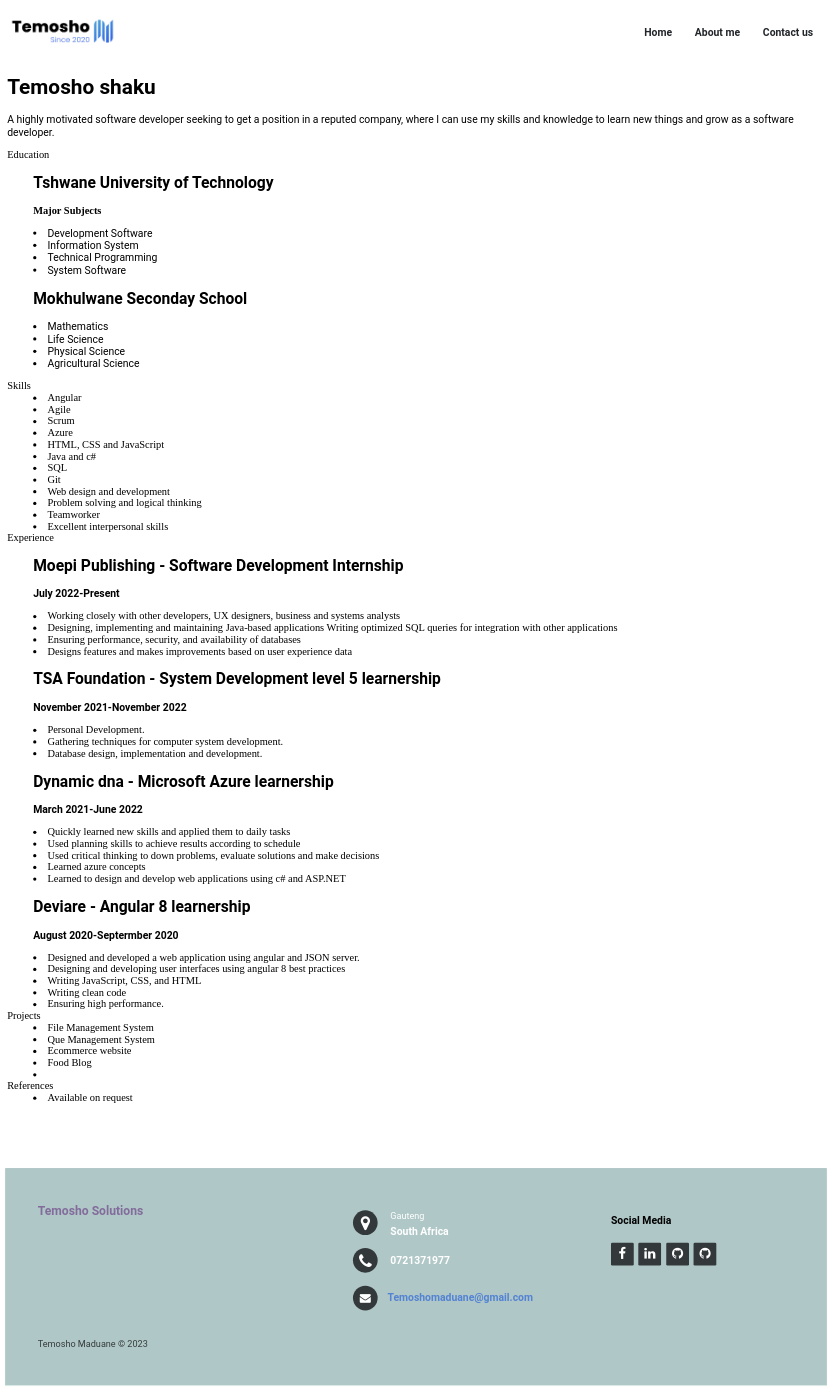
Repository: TemoshoS/T-Shaku
Page: about.html
These files come from the project's save history. The page is drawn as it stood at one moment and after the next save; the edit follows.
The browser window is 1280 px wide. The pictures show the whole page, at 65% of full size.
Pictures or frames that could not be fetched are drawn as grey boxes. Some web libraries are served in a nearby version.

Above is the page before, as saved 2023-09-28 14:34:28.

After the next save:
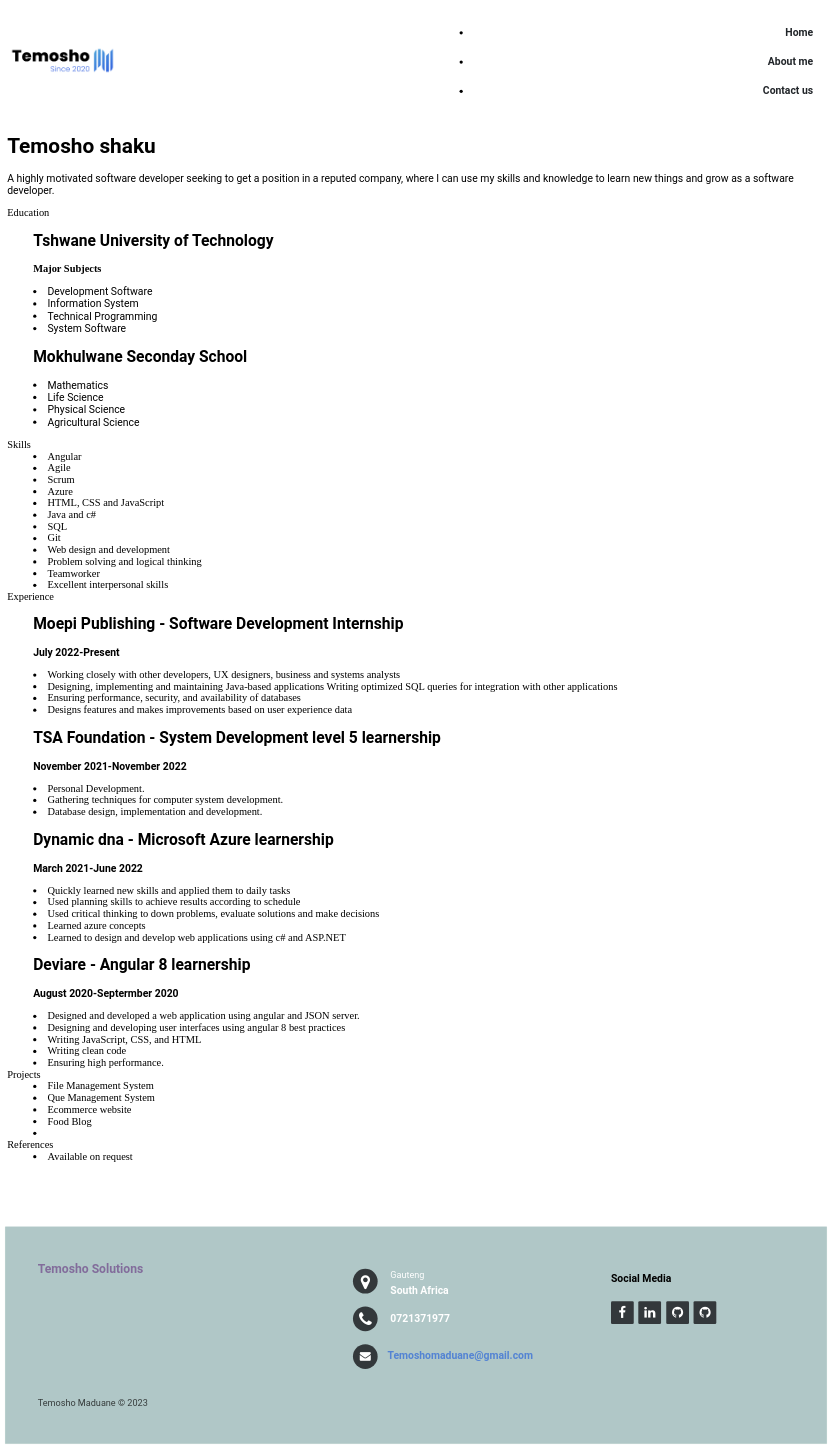
Saved 35 s later.
--- a/about.html
+++ b/about.html
@@ -12,7 +12,7 @@
 
 </head>
 <body>
-  <head>
+  <header>
     <div>
       <table style="width: 100%;">
         <tr>
@@ -22,19 +22,25 @@
             </a>
           </td>
           <td align="right">
-            <nav  >
-
-              <ul >
-                  <a href="index.html" class="nav-link" ><b>Home</b></a>
-                  <a href="about.html" class="nav-link"><b>About me</b></a>
-                  <a href="contact.html" class="nav-link"><b>Contact us</b></a>
+            <nav>
+              <!-- Mobile Menu Icon -->
+              <div class="menu-icon" onclick="toggleMenu()">
+                <div class="bar"></div>
+                <div class="bar"></div>
+                <div class="bar"></div>
+              </div>
+              <!-- Navigation Links (Initially Hidden) -->
+              <ul class="nav-links">
+                <li><a href="index.html" class="nav-link"><b>Home</b></a></li>
+                <li><a href="about.html" class="nav-link"><b>About me</b></a></li>
+                <li><a href="contact.html" class="nav-link"><b>Contact us</b></a></li>
               </ul>
             </nav>
           </td>
         </tr>
       </table>
     </div>
-  </head>
+  </header>
 
 
 
